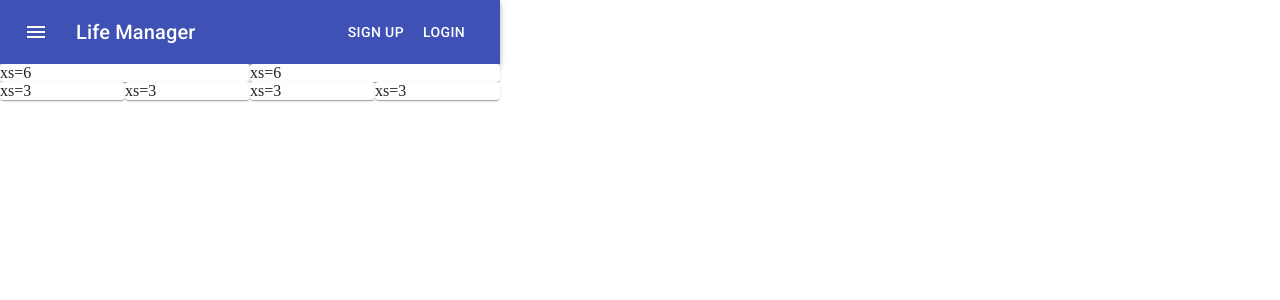
Repository: DaNiels89/lifemanagerreact
Page: /profile
An editor plug-in stored every save of this project. The page is shown before and after the next save, followed by the edit.
The browser window is 1280 px wide. The pictures show the whole page.
The project was rebuilt for these pictures with package versions that can differ from the ones it lists, and the page was loaded fresh each time.

Above is the page before, as saved 2020-03-13 14:26:11.

After the next save:
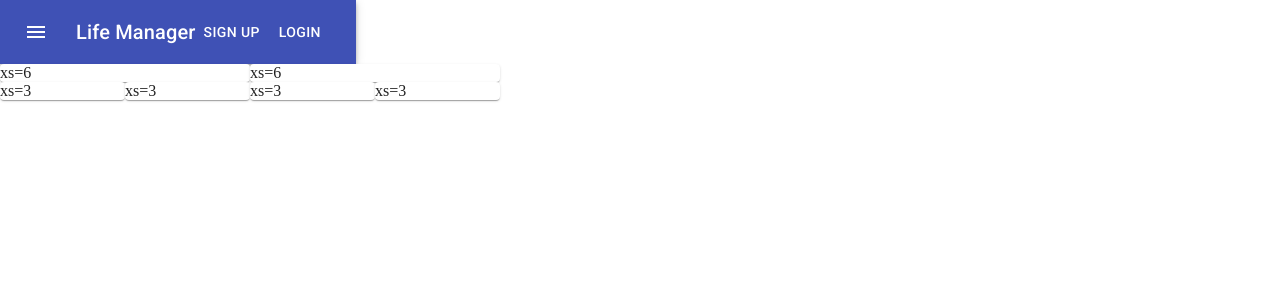
Saved 22 s later.
--- a/src/App.js
+++ b/src/App.js
@@ -21,7 +21,7 @@
   return (
     <div className={classes.main}>
       <Grid container spacing={12}>
-        <Grid item xs={12} sm={12} md={12} lg={12} xl={12}>
+        <Grid item xl={12}>
           <Header />
         </Grid>
         <Grid item xs={6}>

After the save that followed:
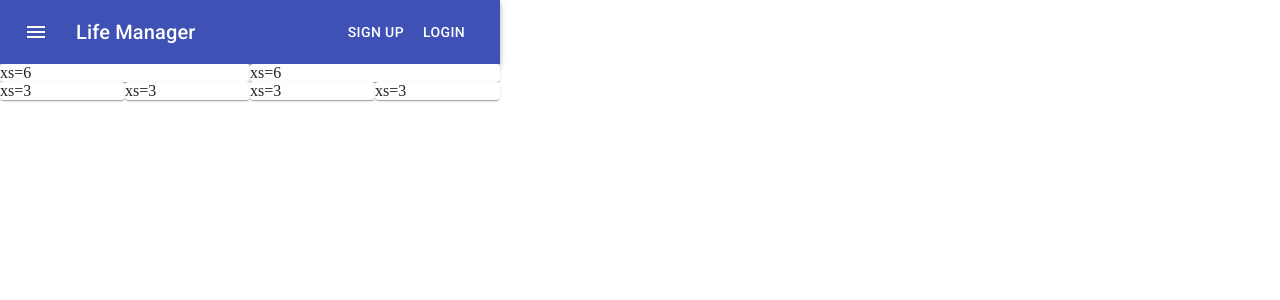
Saved 14 s later.
--- a/src/App.js
+++ b/src/App.js
@@ -21,7 +21,7 @@
   return (
     <div className={classes.main}>
       <Grid container spacing={12}>
-        <Grid item xl={12}>
+        <Grid item xs={12} sm={12} md={12} lg={12} xl={12}>
           <Header />
         </Grid>
         <Grid item xs={6}>
